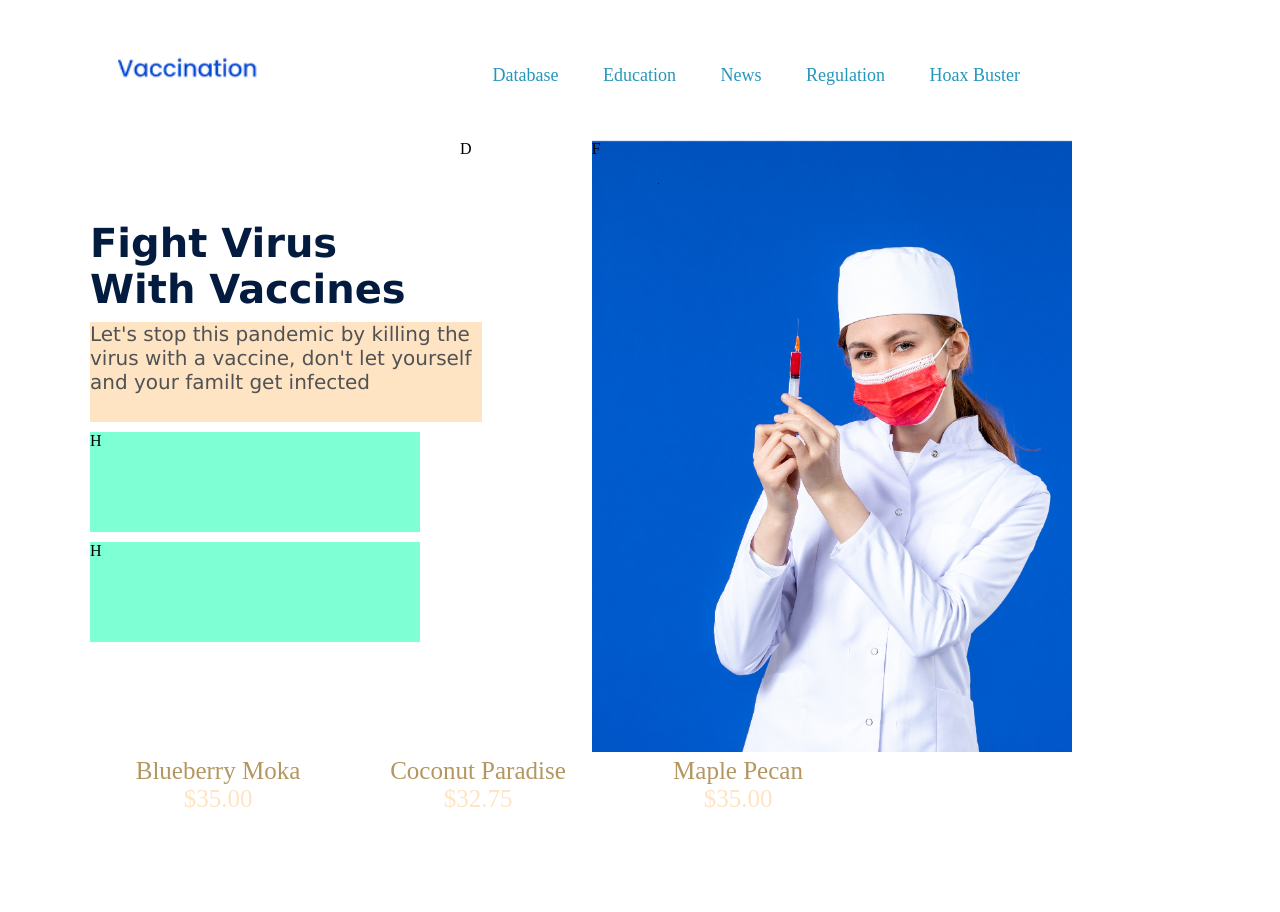
Repository: roge64/cssfrontend
Page: index.html
The author's editor kept a copy of each file at every save. The page is drawn from the files as they stood at one save, then again after the next save.
The browser window is 1280 px wide. The pictures show the part of the page from y = 0 to 912 px (the page is 2228 px tall).
A picture or video elsewhere on the page could not be fetched, so the positions and the page height are approximate.

Above is the page before, as saved 2022-03-10 12:44:54.

### index.html
<!DOCTYPE html>
<html lang="en">

<head>
    <meta charset="UTF-8">
    <meta http-equiv="X-UA-Compatible" content="IE=edge">
    <meta name="viewport" content="width=device-width, initial-scale=1.0">
    <title>3 Cakes</title>
    <link rel="stylesheet" href="estilos/estilos.css">


</head>

<body>

    <section id="container">

        <header>
            <!--             <p style="color:#b49760"> Only 3 cakes for 3 months, and then we change all! </p> -->

        </header>

    <section id="banner">

        <article id="banner1">

        </article>

        <article id="banner2">
            <ul class="menu">
                <li><a href="#home"></a>Database</li>
                <li><a href="#cakes"></a>Education</li>
                <li><a href="#decor"></a>News</li>
                <li><a href="#order"></a>Regulation</li>
                <li><a href="#admin"></a>Hoax Buster</li>
                <!-- <li><a href="#void"></a>   </li> -->
            </ul>
        </article>

    </section>


<!--     <section id="tienda">
        <article id="cake1"> </article>
        <article id="cake2"> </article>
        <div class="wrapper">
            <div class="box e">E</div>
            <div class="box f">F</div>
            <div class="box g">G</div>
            <div class="box h">H</div>
        </div>
    </section> -->

    <div class="wrapper">
        <div class="box d">D</div>
        <div class="box e" style="color:#041b40">Fight Virus With Vaccines</div>
        <div class="box f">F</div>
        <div class="box g" style="color:#515254">Let's stop this pandemic by killing the virus with a vaccine, don't let yourself and your familt get infected</div>
        <div class="box h">H</div>
        <div class="box i">H</div>
    </div>

    <section id="names">
        <article id="name1">
            <p style="color:#b49760"> Blueberry Moka</p>
            <p style="color: bisque"> $35.00</p>
        </article>
        <article id="name2">
            <p style="color:#b49760"> Coconut Paradise</p>
            <p style="color: bisque"> $32.75</p>
        </article>
        <article id="name3">
            <p style="color:#b49760"> Maple Pecan</p>
            <p style="color: bisque"> $35.00</p>
        </article>
    </section>

    <section id="separador">


    </section>

    <section id="social">
        <article id="social1">
            <a href="#"><img src="img/instagram.png" alt="instagram"></a>
            <a href="#"><img src="img/facebook.png" alt="facebook"></a>
            <a href="#"><img src="img/youtube.png" alt="youtube"></a>
            <a href="#"><img src="img/twitter.png" alt="twitter"></a>
        </article>

        <article id="social2">
            <div id="lte_icons-2" class="widget widget_lte_icons">
                <h3 class="lte-header-widget " style="color:bisque"><span class="widget-icon"></span>Contact us
                </h3>
                <ul class="lte-social-icons-list">
                    <li>
                        <a href="#"><span class="lte-ic icon icon-phone-call"></span><span class="lte-header"
                                style="color:bisque">Phone:</span><span class="lte-txt" style="color:#b49760">+52
                                01-2345-6789<br> </span>
                        </a>
                    </li>
                    <li>
                        <a href="#"><span class="lte-ic icon icon-location"></span><span class="lte-header"
                                style="color:bisque">Our location:</span><span class="lte-txt" style="color:#b49760">975
                                FrontEnd Ave, NA 105048, Unknown</span>
                        </a>
                    </li>
                    <li>
                        <a href="#"><span class="lte-ic icon icon-mail"></span><span class="lte-header"
                                style="color:bisque">Email:</span><span class="lte-txt"
                                style="color:#b49760">3cakes@3cakes.com</span>
                        </a>
                    </li>
                    <li>
                        <a href="#">
                            <span class="lte-ic icon icon-mail"></span>
                            <span class="lte-header" style="color:bisque">Hours:</span>
                            <span class="lte-txt" style="color:#b49760">Monday - Friday: 10:00 - 20:00</span>
                            <br>
                            <span class="lte-txt" style="color:#b49760">Saturday -Sunday: 10:00 - 14:00</span>
                        </a>
                    </li>
                </ul>
            </div>

        </article>
    </section>


    <footer>
        <p style="color:#b49760"> Copyright &copy; 2021-<script>
                document.write(new Date().getFullYear())
            </script> Rogelio Valdés All Rights Reserved</p>
        <article id="footer1"></article>
    </footer>

    </section>

</body>

</html>

### estilos/estilos.css
*{
    border: 0 ;
    margin: 0 ;
    padding: 0;
/*     text-decoration: none; */
}

body{
/*     font-family: Geneva; */
    background-color: rgb(0, 0, 0);
    width:1100px;
    margin-left:auto;
    margin-right:auto;

    background-color:white;
/* background-image:
radial-gradient(circle at 100% 150%, black 24%, #101010 24%, #101010 28%, black 28%, black 36%, #101010 36%, #101010 40%, transparent 40%, transparent),
radial-gradient(circle at 0    150%, black 24%, #101010 24%, #101010 28%, black 28%, black 35%, #101010 36%, #101010 40%, transparent 40%, transparent),
radial-gradient(circle at 50%  100%, #101010 10%, black 10%, black 23%, #101010 23%, #101010 30%, black 30%, black 43%, #101010 43%, #101010 50%, black 50%, black 63%, #101010 63%, #101010 71%, transparent 71%, transparent),
radial-gradient(circle at 100% 50%, #101010 5%, black 5%, black 15%, #101010 15%, #101010 20%, black 20%, black 29%, #101010 29%, #101010 34%, black 34%, black 44%, #101010 44%, #101010 49%, transparent 49%, transparent),
radial-gradient(circle at 0    50%, #101010 5%, black 5%, black 15%, #101010 15%, #101010 20%, black 20%, black 29%, #101010 29%, #101010 34%, black 34%, black 44%, #101010 44%, #101010 48%, transparent 49%, transparent);
background-size: 50px 31px;
 */
}

.menu{
    list-style: none;
    padding: 0;
    background: white;
    width: 90%;
    height: 75px;
    max-width: 900px;
    margin: auto;
}

.menu li{
    text-decoration: none;
    color: #2596be;
    padding: 20px;
    display: block;
}

.menu li{
    display: inline-block;
    text-align: right;
}

.menu li:hover{
    background: #2747c5;
}


#container, header, #banner, #noticias, #marcas, footer, #social1{
    /* background-color:rgb(255, 255, 255); */
    background-color:white;
/* background-image:
radial-gradient(circle at 100% 150%, black 24%, #101010 24%, #101010 28%, black 28%, black 36%, #101010 36%, #101010 40%, transparent 40%, transparent),
radial-gradient(circle at 0    150%, black 24%, #101010 24%, #101010 28%, black 28%, black 35%, #101010 36%, #101010 40%, transparent 40%, transparent),
radial-gradient(circle at 50%  100%, #101010 10%, black 10%, black 23%, #101010 23%, #101010 30%, black 30%, black 43%, #101010 43%, #101010 50%, black 50%, black 63%, #101010 63%, #101010 71%, transparent 71%, transparent),
radial-gradient(circle at 100% 50%, #101010 5%, black 5%, black 15%, #101010 15%, #101010 20%, black 20%, black 29%, #101010 29%, #101010 34%, black 34%, black 44%, #101010 44%, #101010 49%, transparent 49%, transparent),
radial-gradient(circle at 0    50%, #101010 5%, black 5%, black 15%, #101010 15%, #101010 20%, black 20%, black 29%, #101010 29%, #101010 34%, black 34%, black 44%, #101010 44%, #101010 48%, transparent 49%, transparent);
background-size: 50px 31px;
 */
    height: 1500px;
    width: 1100px;

}

header{
/*     background-color:antiquewhite;
 */
    height: 40px;
    text-align: center;
    font-size: x-large;

}

#banner{
    background-color:white;
/*     background-color:rgb(25, 25, 25); */
    width: 1100px;
    height: 100px;


}


#noticias{
/*     background-color: antiquewhite;
 */
    height: 200px;
}

#tienda #names{
/*     background-color: grey; */
/* background-color:black;
background-image:
radial-gradient(circle at 100% 150%, black 24%, #101010 24%, #101010 28%, black 28%, black 36%, #101010 36%, #101010 40%, transparent 40%, transparent),
radial-gradient(circle at 0    150%, black 24%, #101010 24%, #101010 28%, black 28%, black 35%, #101010 36%, #101010 40%, transparent 40%, transparent),
radial-gradient(circle at 50%  100%, #101010 10%, black 10%, black 23%, #101010 23%, #101010 30%, black 30%, black 43%, #101010 43%, #101010 50%, black 50%, black 63%, #101010 63%, #101010 71%, transparent 71%, transparent),
radial-gradient(circle at 100% 50%, #101010 5%, black 5%, black 15%, #101010 15%, #101010 20%, black 20%, black 29%, #101010 29%, #101010 34%, black 34%, black 44%, #101010 44%, #101010 49%, transparent 49%, transparent),
radial-gradient(circle at 0    50%, #101010 5%, black 5%, black 15%, #101010 15%, #101010 20%, black 20%, black 29%, #101010 29%, #101010 34%, black 34%, black 44%, #101010 44%, #101010 48%, transparent 49%, transparent);
background-size: 50px 31px; */

    height: 300px;
    width: 1000px;
    padding-left: 10px;
    padding-right: 10px;
    padding-top: 5px;
    text-align: center;
}

#marcas{
/*     background-color:rgb(58, 41, 18); */
    height: 205px;
}


footer{
    width: 800px;
/*     background-color:rgb(0, 0, 0); */
    text-align: center;
    height: 25px;
    padding-top: 7px;

}


#banner #banner1{
/*     background-color: rgb(180, 134, 73); */
    width: 170px;
    height: 50px;
    float: left;
    text-align: center;
/*     display: inline-block; */
    margin: 5px 5px;
    background-image: url("../img/logo1.png");
    background-repeat: no-repeat;
    background-size: cover;
}

#banner #banner2{
/*     background-color: rgb(180, 134, 73); */
    width: 750px;
    height: 100px;
    float: right;
/*     display: inline-block; */
    /* vertical-align: center;  */
    margin: 5px 5px;
    font-size: 18px;
}

#noticias #news1{
/*     background-color: rgb(41, 38, 34); */
    font-size: 50px;

    text-align: center;
    width: 790px;
    height: 200px;
    display: inline-block;
    vertical-align: center;
    margin: 5px 5px;

}


#tienda #cake1{
    background: rgb(109, 175, 33);
    width: 480px;
    height: 485px;
    display: inline-block;
    vertical-align: top;
    margin: 5px 8px;

}

#tienda #cake2{
    background: cornflowerblue;
    width: 450px;
    height: 585px;
    display: inline-block;
    vertical-align: top;
    margin: 5px 70px;
    background-image: url("../img/picx1.png");
    background-repeat: no-repeat;
    background-size: cover;
}

/* #tienda #cake3{
    background: rgb(175, 169, 112);
    width: 240px;
    height: 285px;
    display: inline-block;
    vertical-align: top;
    margin: 5px 5px;
} */

#names #name1{
    font-size: 25px;
    text-align: center;
    width: 240px;
    height: 60px;
    display: inline-block;
    vertical-align: top;
    margin: 5px 8px;
}

#names #name2{
    font-size: 25px;
    text-align: center;
    width: 240px;
    height: 60px;
    display: inline-block;
    vertical-align: top;
    margin: 5px 8px;
}

#names #name3{
    font-size: 25px;
    text-align: center;
    width: 240px;
    height: 60px;
    display: inline-block;
    vertical-align: top;
    margin: 5px 8px;
}

#social #social1{
    text-decoration: none;
/*     background: rgb(109, 175, 33); */
    width: 375px;
    height: 150px;
    display: inline-block;
    vertical-align: center;
    margin: 10px 12px;
}

#social #social2{
    text-decoration: none;
/*     background: rgb(109, 175, 33); */
    width: 375px;
    height: 150px;
    display: inline-block;
    vertical-align: center;
    margin: 10px 10px;
}

#social #social1 {
    color: rgb(175, 169, 112);


}

#separador {
        width: 800px;
        text-align: center;
        height: 100px;

}

.wrapper {
    display: grid;
    grid-template-columns: repeat(1, 1fr);
    gap: 10px;
    grid-auto-rows: minmax(100px, auto);
  }


  .e {
    grid-column: 1 / 38;
    grid-row: 1 / 2;
    margin-top: 80px;
    background-color:white;
    font-family:Verdana, Geneva, Tahoma, sans-serif;
    font-size: 40px;
    font-weight: 600;
    font-stretch: expanded;
  }
  .f {
    grid-column: 50 / 99;
    grid-row: 1 / 6;
    background-color:aqua;
    background-image: url("../img/picx1.png");
    background-repeat: no-repeat;
    background-size: cover;

  }
  .g {
    grid-column: 1 / 40;
    grid-row: 2 / 3;
    margin-top: 20;
    background-color:bisque;
    font-family:Verdana, Geneva, Tahoma, sans-serif;
    font-size: 20px;
    font-weight: 500;
    font-stretch: expanded;
  }
  .h {
    grid-column: 1 / 35;
    grid-row: 3 / 4;
    background-color:aquamarine;
  }
  .i {
    grid-column: 1 / 35;
    grid-row: 4 / 5;
    background-color:aquamarine;
  }

After the next save:
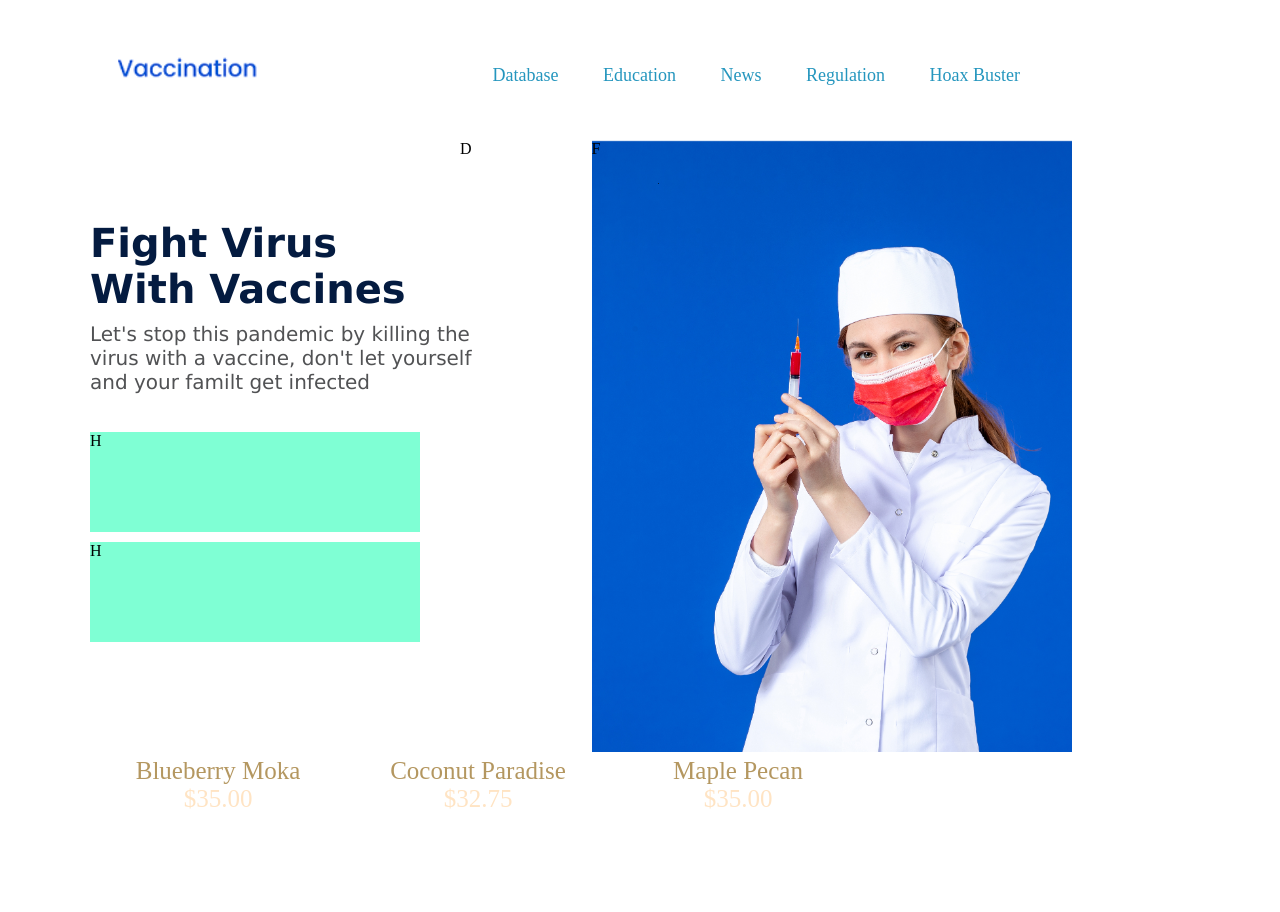
Saved 23 s later.
--- a/estilos/estilos.css
+++ b/estilos/estilos.css
@@ -289,7 +289,7 @@
     grid-column: 1 / 40;
     grid-row: 2 / 3;
     margin-top: 20;
-    background-color:bisque;
+    background-color:white;
     font-family:Verdana, Geneva, Tahoma, sans-serif;
     font-size: 20px;
     font-weight: 500;
